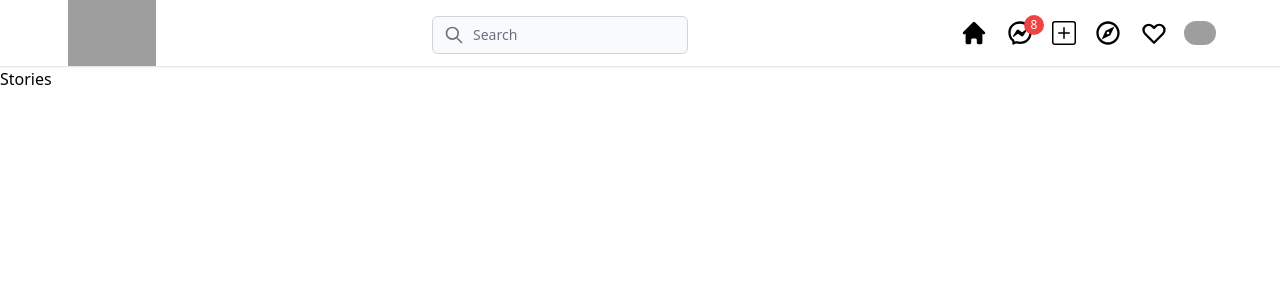
Repository: SehajBindra/insta--clone
Page: /
An editor plug-in stored every save of this project. The page is shown before and after the next save, followed by the edit.
The browser window is 1280 px wide. The pictures show the whole page.
Pictures or frames that could not be fetched are drawn as grey boxes. The project was rebuilt for these pictures with package versions that can differ from the ones it lists, and the page was loaded fresh each time. The framework's server and built-in components were replaced by stand-ins that run in the browser. Also part of the build but not shown: next.config.js, styles/Home.module.css.

Above is the page before, as saved 2022-04-11 22:17:58.

After the next save:
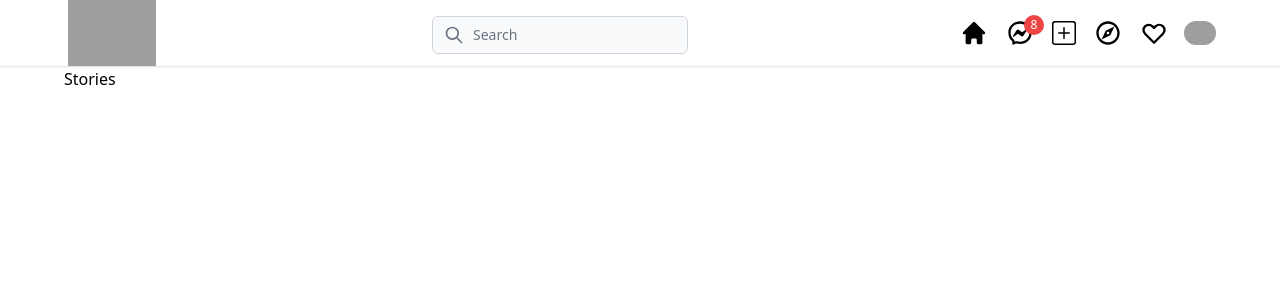
Saved 2 min 19 s later.
--- a/components/Feed.js
+++ b/components/Feed.js
@@ -4,7 +4,7 @@
 
 function Feed() {
   return (
-    <main className=' grid grid-cols-1'>
+    <main className=' grid grid-cols-1 md:grid-cols-2 md:max-w-3xl xl:grid-cols-3 xl:max-w-6xl mx-auto'>
         <section>
 
         <Stories />
